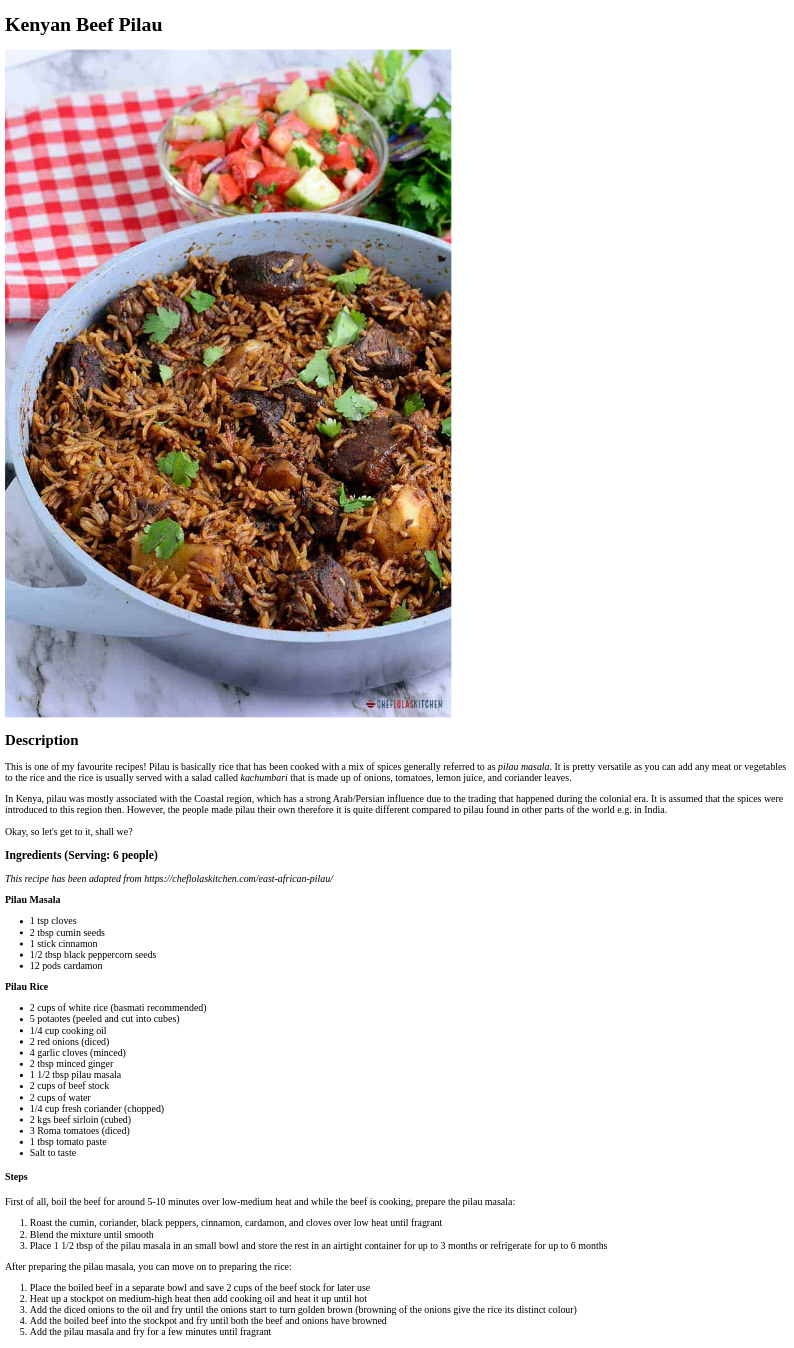
Repository: IanaAmke/odin-recipes
Page: recipes/pilau.html
These files come from the project's save history. The page is drawn as it stood at one moment and after the next save; the edit follows.
The browser window is 1280 px wide. The pictures show the whole page, at 62% of full size.

Above is the page before, as saved 2022-06-05 19:02:28.

### recipes/pilau.html
<!DOCTYPE html>
<html lang="en-GB">

<head>
    <meta charset="UTF-8">
    <title>Pilau Recipe</title>
</head>

<body>
    <h1>Kenyan Beef Pilau</h1>

    <img src="./img/pilau.jpg" alt="beef pilau rice with potatoes">

    <h2>Description</h2>

    <p>This is one of my favourite recipes! Pilau is basically rice that has been cooked with a mix of spices generally referred to as <i>pilau masala</i>. It is pretty versatile as you can add any meat or vegetables to the rice and the rice is usually served
        with a salad called <i>kachumbari</i> that is made up of onions, tomatoes, lemon juice, and coriander leaves.</p>

    <p>In Kenya, pilau was mostly associated with the Coastal region, which has a strong Arab/Persian influence due to the trading that happened during the colonial era. It is assumed that the spices were introduced to this region then. However, the people
        made pilau their own therefore it is quite different compared to pilau found in other parts of the world e.g. in India.</p>

    <p>Okay, so let's get to it, shall we?</p>

    <h3>Ingredients (Serving: 6 people)</h3>
    <p><em>This recipe has been adapted from https://cheflolaskitchen.com/east-african-pilau/</em></p>

    <p><strong>Pilau Masala</strong></p>
    <ul>
        <li>1 tsp cloves</li>
        <li>2 tbsp cumin seeds</li>
        <li>1 stick cinnamon</li>
        <li>1/2 tbsp black peppercorn seeds</li>
        <li>12 pods cardamon</li>
    </ul>

    <p><strong>Pilau Rice</strong></p>
    <ul>
        <li>2 cups of white rice (basmati recommended)</li>
        <li>5 potaotes (peeled and cut into cubes)</li>
        <li>1/4 cup cooking oil</li>
        <li>2 red onions (diced)</li>
        <li>4 garlic cloves (minced)</li>
        <li>2 tbsp minced ginger</li>
        <li>1 1/2 tbsp pilau masala</li>
        <li>2 cups of beef stock</li>
        <li>2 cups of water</li>
        <li>1/4 cup fresh coriander (chopped)</li>
        <li>2 kgs beef sirloin (cubed)</li>
        <li>3 Roma tomatoes (diced)</li>
        <li>1 tbsp tomato paste</li>
        <li>Salt to taste</li>
    </ul>

    <h4>Steps</h4>

    <p>First of all, boil the beef for around 5-10 minutes over low-medium heat and while the beef is cooking, prepare the pilau masala:</p>
    <ol>
        <li>Roast the cumin, coriander, black peppers, cinnamon, cardamon, and cloves over low heat until fragrant</li>
        <li>Blend the mixture until smooth</li>
        <li>Place 1 1/2 tbsp of the pilau masala in an small bowl and store the rest in an airtight container for up to 3 months or refrigerate for up to 6 months</li>
    </ol>

    <p>After preparing the pilau masala, you can move on to preparing the rice:</p>
    <ol>
        <li>Place the boiled beef in a separate bowl and save 2 cups of the beef stock for later use</li>
        <li>Heat up a stockpot on medium-high heat then add cooking oil and heat it up until hot</li>
        <li>Add the diced onions to the oil and fry until the onions start to turn golden brown (browning of the onions give the rice its distinct colour)</li>
        <li>Add the boiled beef into the stockpot and fry until both the beef and onions have browned</li>
        <li>Add the pilau masala and fry for a few minutes until fragrant </li>
    </ol>

</body>

</html>

After the next save:
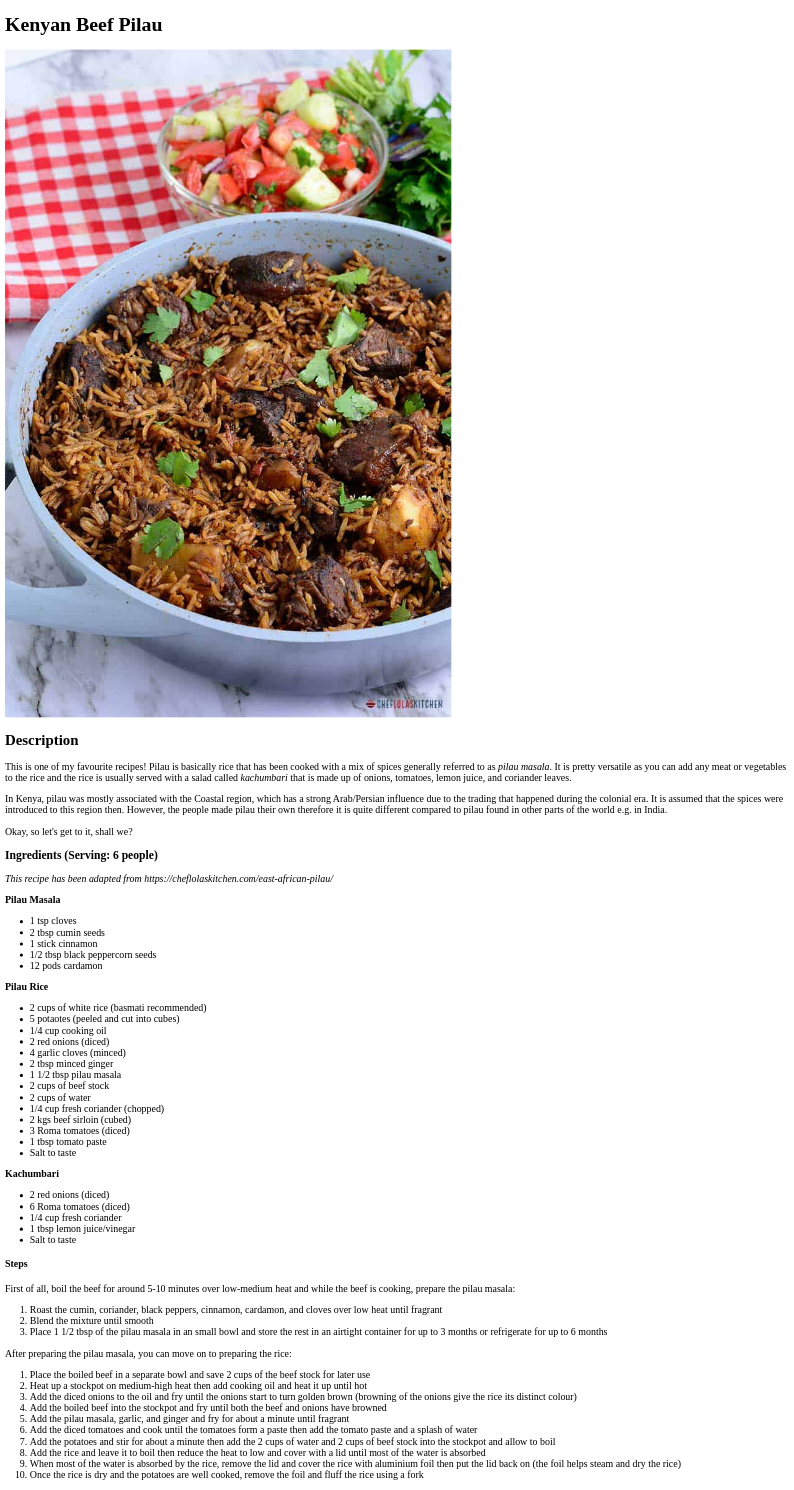
Saved 7 min 44 s later.
--- a/recipes/pilau.html
+++ b/recipes/pilau.html
@@ -51,6 +51,15 @@
         <li>Salt to taste</li>
     </ul>
 
+    <p><strong>Kachumbari</strong></p>
+    <ul>
+        <li>2 red onions (diced)</li>
+        <li>6 Roma tomatoes (diced)</li>
+        <li>1/4 cup fresh coriander</li>
+        <li>1 tbsp lemon juice/vinegar</li>
+        <li>Salt to taste</li>
+    </ul>
+
     <h4>Steps</h4>
 
     <p>First of all, boil the beef for around 5-10 minutes over low-medium heat and while the beef is cooking, prepare the pilau masala:</p>
@@ -66,7 +75,12 @@
         <li>Heat up a stockpot on medium-high heat then add cooking oil and heat it up until hot</li>
         <li>Add the diced onions to the oil and fry until the onions start to turn golden brown (browning of the onions give the rice its distinct colour)</li>
         <li>Add the boiled beef into the stockpot and fry until both the beef and onions have browned</li>
-        <li>Add the pilau masala and fry for a few minutes until fragrant </li>
+        <li>Add the pilau masala, garlic, and ginger and fry for about a minute until fragrant</li>
+        <li>Add the diced tomatoes and cook until the tomatoes form a paste then add the tomato paste and a splash of water</li>
+        <li>Add the potatoes and stir for about a minute then add the 2 cups of water and 2 cups of beef stock into the stockpot and allow to boil</li>
+        <li>Add the rice and leave it to boil then reduce the heat to low and cover with a lid until most of the water is absorbed</li>
+        <li>When most of the water is absorbed by the rice, remove the lid and cover the rice with aluminium foil then put the lid back on (the foil helps steam and dry the rice)</li>
+        <li>Once the rice is dry and the potatoes are well cooked, remove the foil and fluff the rice using a fork</li>
     </ol>
 
 </body>
